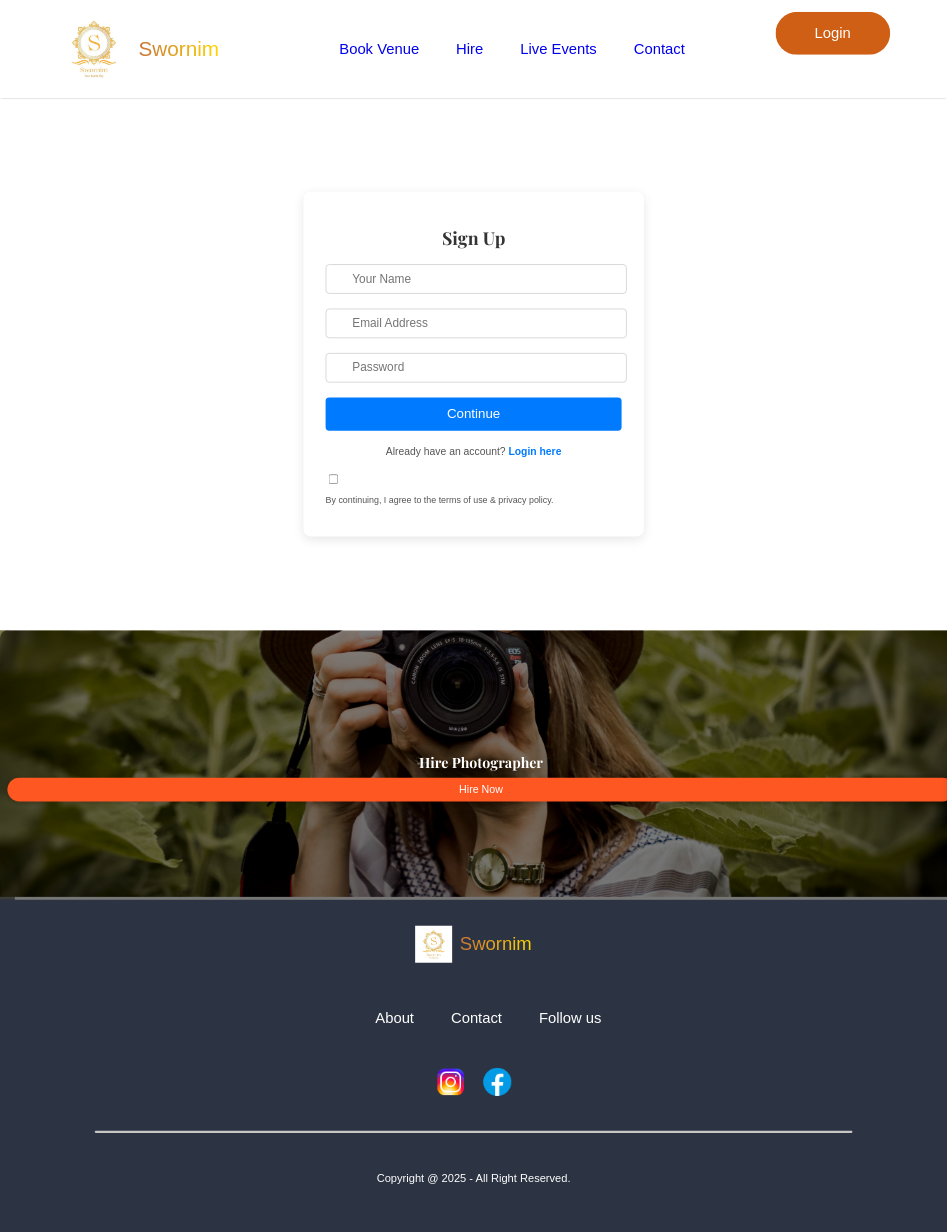
Repository: leonischu/Swornim
Page: /login (app in frontend/)
These files come from the project's save history. The page is drawn as it stood at one moment and after the next save; the edit follows.
The browser window is 1280 px wide. The pictures show the whole page, at 74% of full size.
Pictures or frames that could not be fetched are drawn as grey boxes. The project was rebuilt for these pictures with package versions that can differ from the ones it lists, and the page was loaded fresh each time. Also part of the build but not shown: frontend/src/App.css, frontend/src/Pages/Book.jsx, frontend/src/Pages/Contact.jsx.

Above is the page before, as saved 2025-06-01 18:01:00.

After the next save:
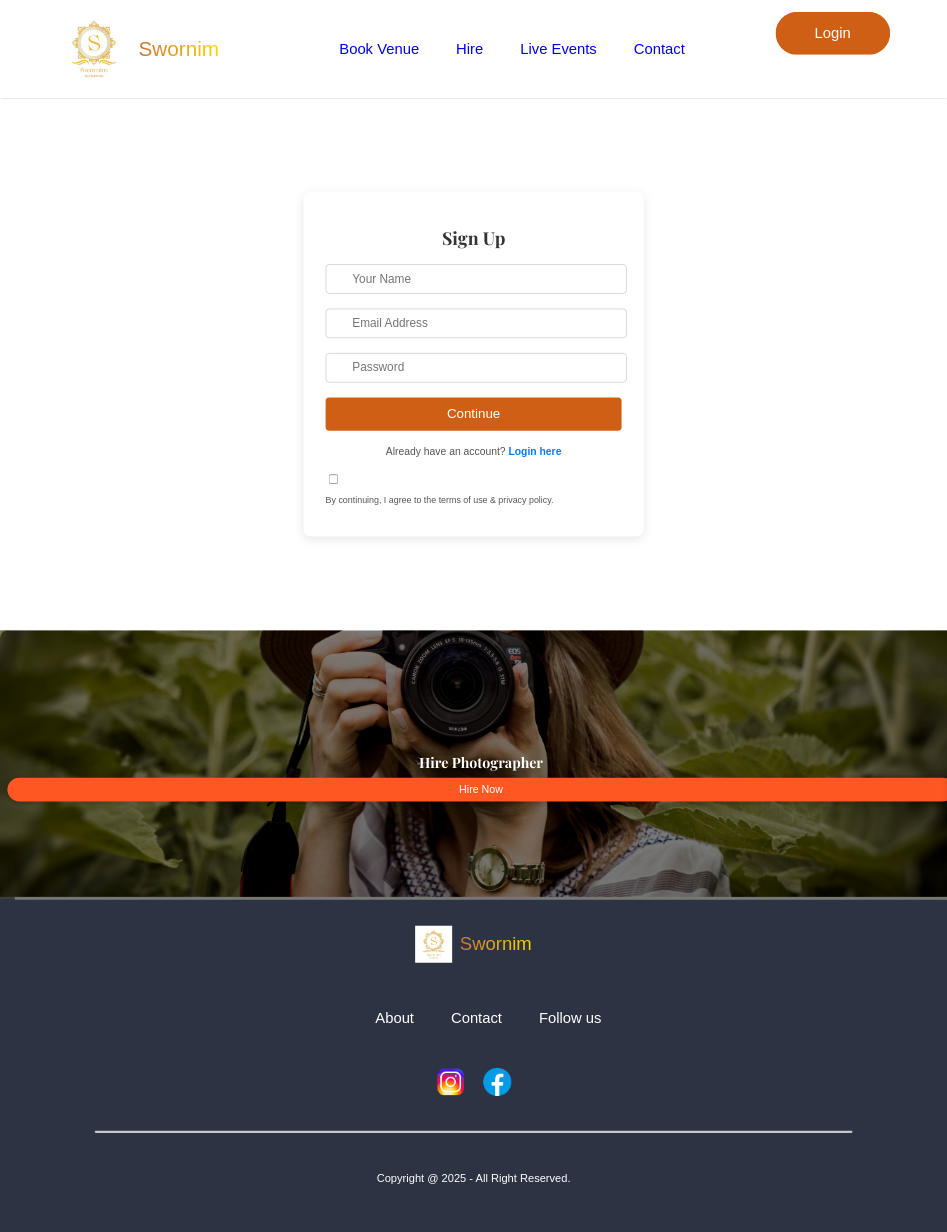
Saved 2 min 8 s later.
--- a/frontend/src/Pages/CSS/LoginSignup.css
+++ b/frontend/src/Pages/CSS/LoginSignup.css
@@ -62,7 +62,7 @@ button {
   padding: 12px;
   border: none;
   border-radius: 5px;
-  background: #007bff;
+  background: rgba(207, 95, 20, 1);
   color: white;
   font-size: 18px;
   cursor: pointer;
@@ -70,7 +70,7 @@ button {
 }
 
 button:hover {
-  background: #0056b3;
+  background: rgba(165, 75, 15, 1);;
 }
 
 .loginsignup-login {
